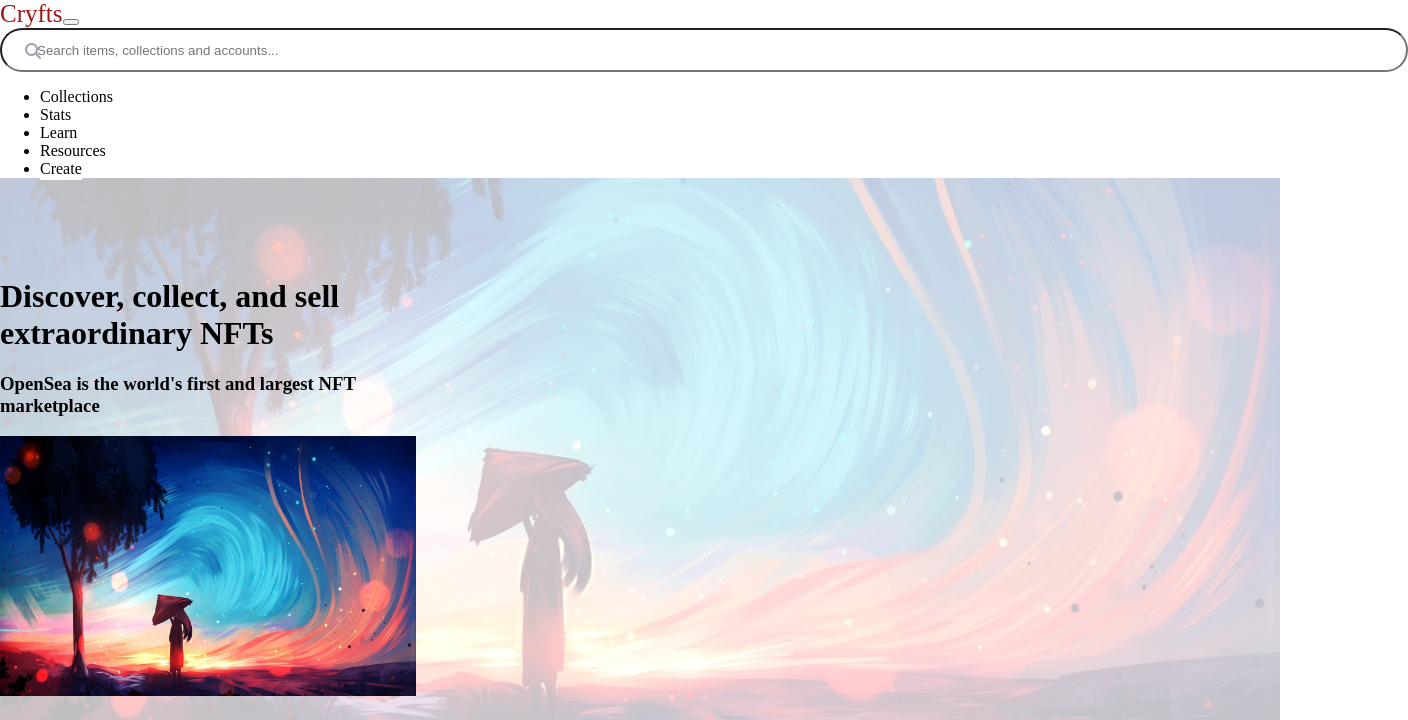
Repository: Huzaifa-2609/opensea_project
Page: /
An editor plug-in stored every save of this project. The page is shown before and after the next save, followed by the edit.
The browser window is 1280 px wide. The page is 1408 px wide, so the pictures cover 1408 px, including what lies to the right of the window. The pictures show the whole page.
Some web libraries are served in a nearby version. The project was rebuilt for these pictures with package versions that can differ from the ones it lists, and the page was loaded fresh each time. The framework's server and built-in components were replaced by stand-ins that run in the browser. Also part of the build but not shown: next.config.js, styles/Home.module.css.

Above is the page before, as saved 2022-07-09 18:07:02.

After the next save:
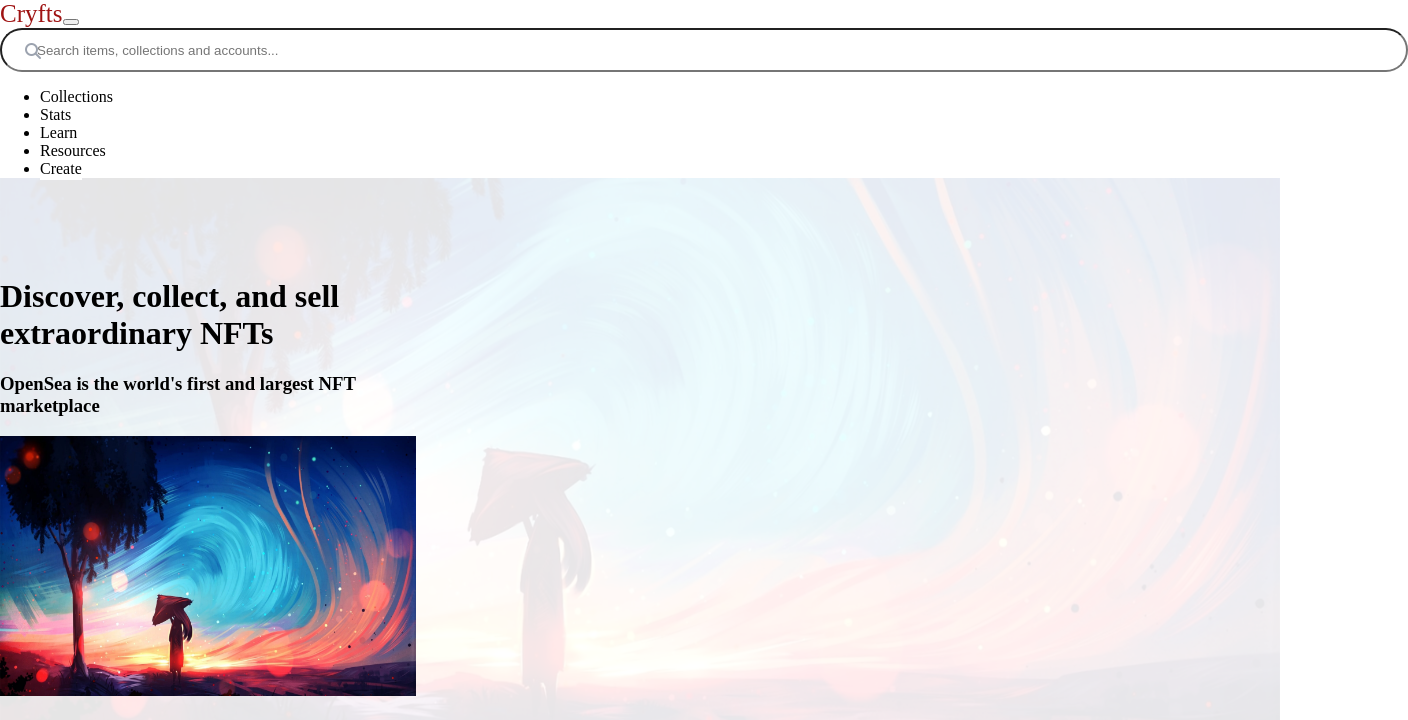
Saved 33 s later.
--- a/styles/hero.css
+++ b/styles/hero.css
@@ -10,7 +10,7 @@
     height:100%;
     width:100%;
     z-index: -1;
-    opacity: 0.25;
+    opacity: 0.1;
     top: 0px;
     left: 0px;
 }
